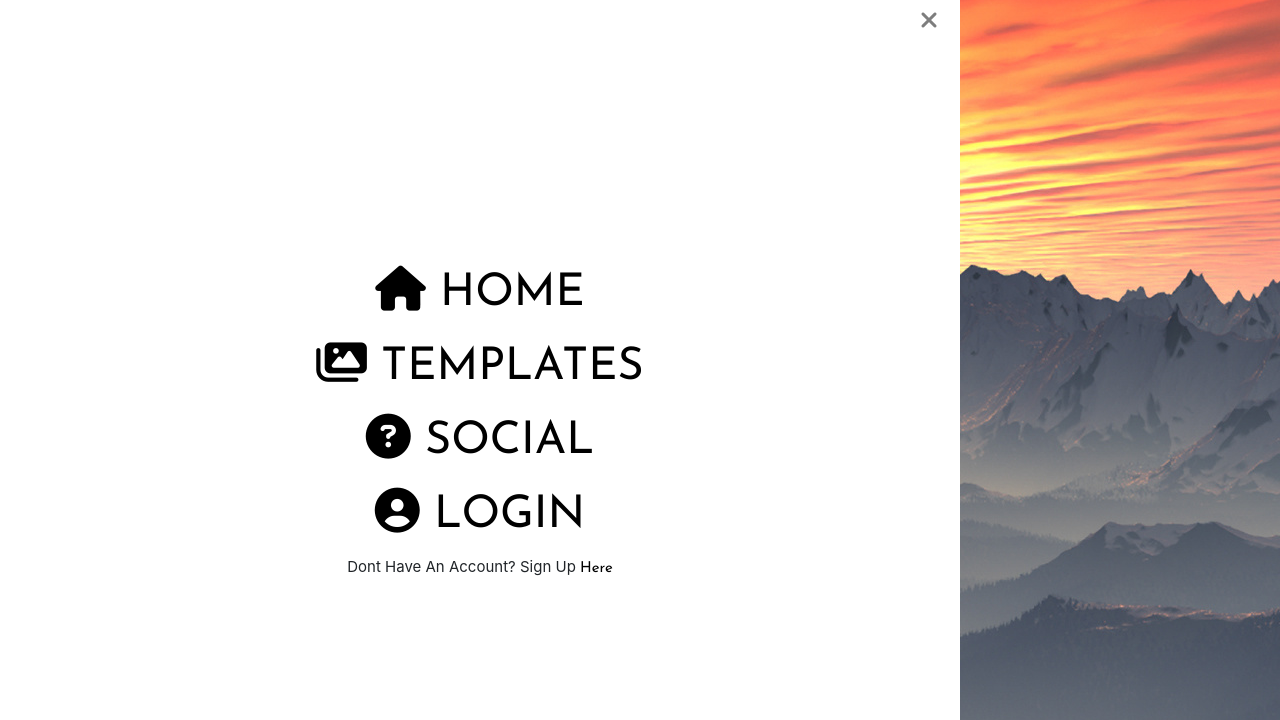
Repository: ewanlockwood/ewanlockwood
Page: http://localhost/base
The author's editor kept a record of every edit. The page is drawn from the files as they stood at one moment, then again after the next edit.
The browser window is 1280 px wide. The pictures show the whole page.
After loading, the first visible `a` was clicked once.
An inner scrolling area shows only its first screen. Some web fonts or font styles are not loaded; a fallback is used. Some web libraries are served in a nearby version. The page is served by the project's application, run on Django 2.2 (manage.py).

Above is the page before.

After the next edit:
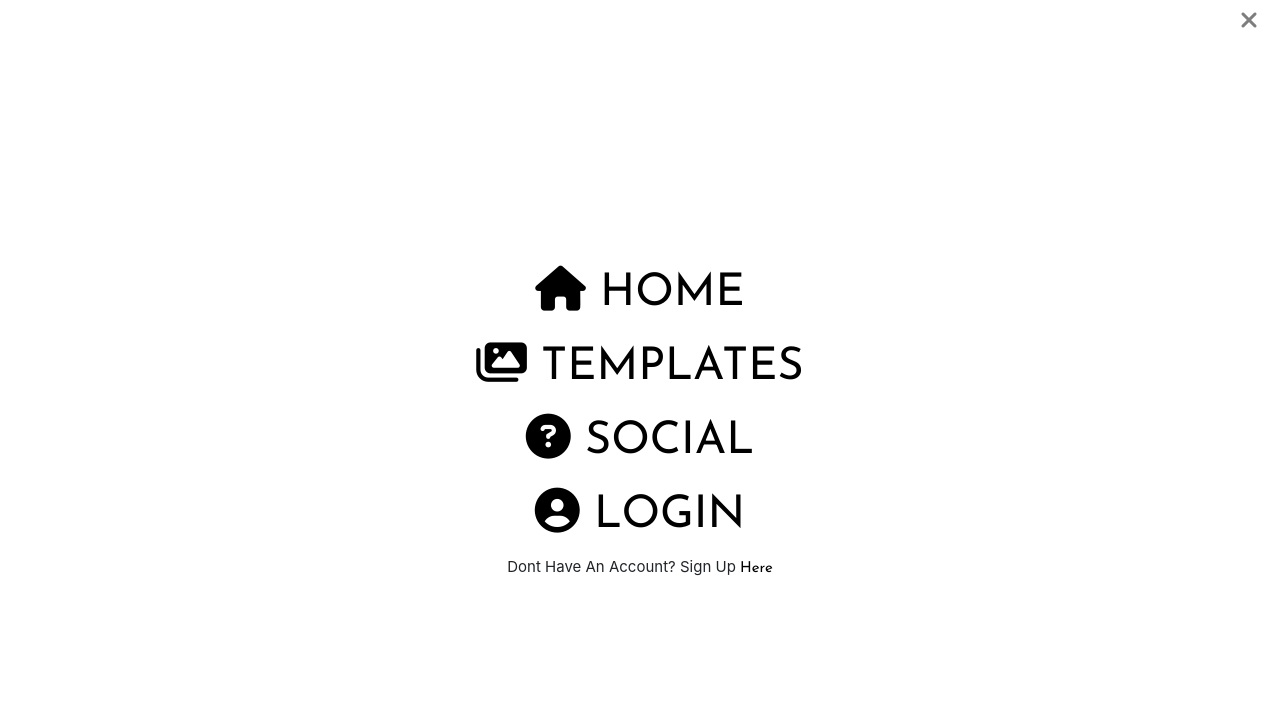
The edit:
--- a/store/static/js/main.js
+++ b/store/static/js/main.js
@@ -1,6 +1,7 @@
 function openSlideMenu() {
-    document.getElementById('menu').style.width = '75vw';
-    document.getElementById('navigation-bar').style.marginLeft = '50vw';
+    document.getElementById('menu').style.width = '100vw';
+    document.getElementById('navigation-bar').style.marginLeft = 'auto';
+    document.getElementById('navigation-bar').style.marginRight = 'auto';
     document.getElementById('menu-toggle').style.display = 'none';
 
 }
